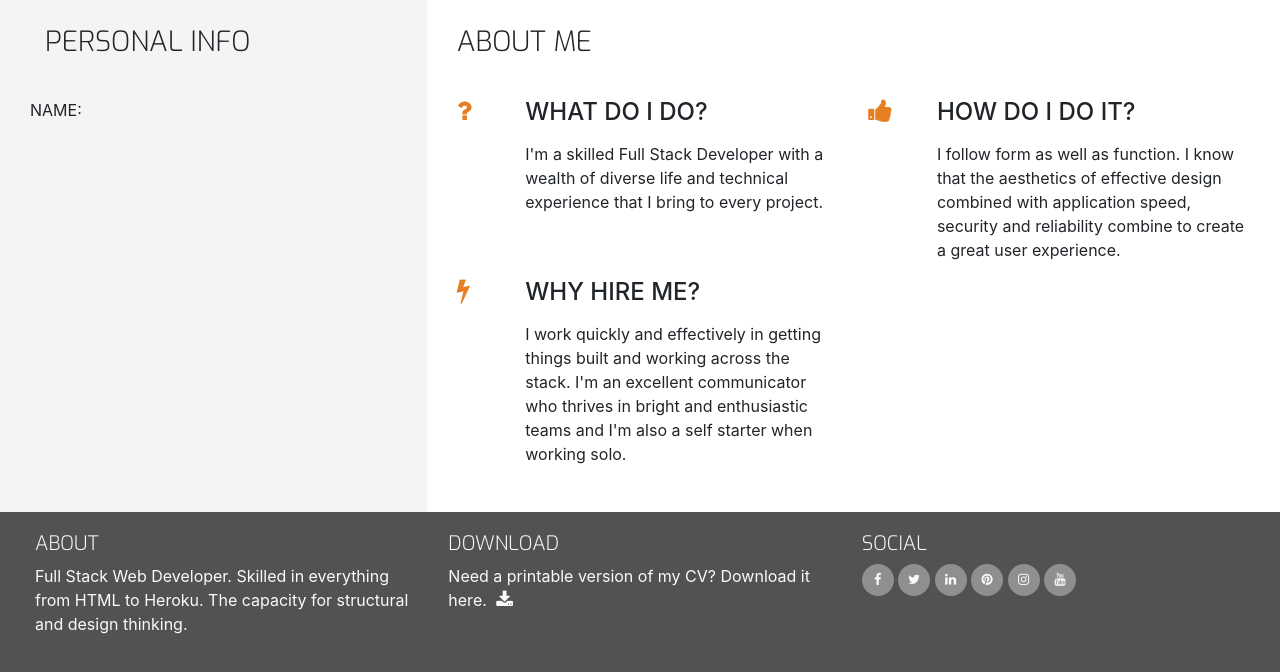
Repository: Davewalsh3/UCD-Resume
Page: index.html
The author's editor kept a record of every edit. The page is drawn from the files as they stood at one moment, then again after the next edit.
The browser window is 1280 px wide. The pictures show the part of the page from y = 369 to 1041 px (the page is 1041 px tall).
Some web libraries are served in a nearby version.

Above is the page before.

### index.html
<!DOCTYPE html>
<html lang="en">

<head>
    <meta charset="UTF-8">
    <meta name="viewport" content="width=device-width, initial-scale=1.0">
    <meta http-equiv="X-UA-Compatible" content="ie=edge">
    <link rel="stylesheet" href="https://maxcdn.bootstrapcdn.com/bootstrap/4.2.1/css/bootstrap.min.css" type="text/css" />
    <link rel="stylesheet" href="https://maxcdn.bootstrapcdn.com/font-awesome/4.7.0/css/font-awesome.min.css" type="text/css" />
    <link rel="stylesheet" href="https://cdnjs.cloudflare.com/ajax/libs/hover.css/2.1.1/css/hover-min.css" type="text/css" />
    <link rel="stylesheet" href="assets/css/style.css">
    <title>Rosie</title>
</head>

<body>
    <header>
        <div class="row no-gutters">
            <a class="col-md-4 logo" href="02-index.html"></a>
            <div class="col-md-8">
                <div class="row no-gutters bg-color-name-title">
                    <div class="col heading">
                        <h1 class="name">Rosie Odenkirk</h1>
                        <h2 class="title"> Full Stack Developer</h2>
                    </div>
                </div>
                <div class="row no-gutters">
                    <div class="col">
                        <ul id="nav" class="list-inline menucontainer">
                            <li class="col-6 col-sm-3 list-inline-item ui-menu-color-home menuitem">
                                <a href="#" class="hvr-sweep-to-bottom"><i class="fa fa-home" aria-hidden="true"></i><span>Home</span></a>
                            </li>
                            <li class="col-6 col-sm-3 list-inline-item ui-menu-color-resume menuitem">
                                <a href="#" class="hvr-sweep-to-bottom"><i class="fa fa-graduation-cap" aria-hidden="true"></i><span>Resume</span></a>
                            </li>
                            <li class="col-6 col-sm-3 list-inline-item ui-menu-color-contact menuitem">
                                <a href="#" class="hvr-sweep-to-bottom"><i class="fa fa-comment-o" aria-hidden="true"></i><span>Contact</span></a>
                            </li>
                            <li class="col-6 col-sm-3 list-inline-item ui-menu-color-download menuitem">
                                <a href="#" class="hvr-sweep-to-bottom"><i class="fa fa-download" aria-hidden="true"></i><span>Download CV</span></a>
                            </li>
                        </ul>
                    </div>
                </div>
            </div>
        </div>
    </header>

    <section class="container-fluid">
        <div class="row">
            <div class="col-md-4 bg-color-personal-info section-column">
                <div class="col-12">
                    <h3 class="section-heading uppercase">Personal Info</h3>
                </div>
                <div class="personal-info-item">
                    <div class="key">
                        <p class="uppercase">Name:      </p>

                    </div>
                    <div class="value">
                        <p>         </p>
                    </div>

                </div>
            </div>
            <div class="col-md-8 bg-color-three-reasons section-column">
                <div class="row">
                    <div class="col">
                        <h3 class="section-heading uppercase">About Me</h3>
                    </div>
                </div>
                <div class="row">
                    <div class="col-10 offset-1 offset-sm-0 col-sm-4 col-md-6">
                        <div class="row">
                            <div class="col-2">
                                <i class="three-reasons-icon fa fa-question" aria-hidden="true"></i>
                            </div>
                            <div class="col-10">
                                <h4 class="three-reasons-heading uppercase">What do I do?</h4>
                                <p>
                                    I'm a skilled Full Stack Developer with a wealth of diverse life and technical experience that I bring to every project.
                                </p>
                            </div>
                        </div>
                    </div>
                    <div class="col-10 offset-1 offset-sm-0 col-sm-4 col-md-6">
                        <div class="row">
                            <div class="col-2">
                                <i class="three-reasons-icon fa fa-thumbs-up" aria-hidden="true"></i>
                            </div>
                            <div class="col-10">
                                <h4 class="three-reasons-heading uppercase">How do I do it?</h4>
                                <p>
                                    I follow form as well as function. I know that the aesthetics of effective design combined with application speed, security and reliability combine to create a great user experience.
                                </p>
                            </div>
                        </div>
                    </div>
                    <div class="col-10 offset-1 offset-sm-0 col-sm-4 col-md-6">
                        <div class="row">
                            <div class="col-2">
                                <i class="three-reasons-icon fa fa-bolt" aria-hidden="true"></i>
                            </div>
                            <div class="col-10">
                                <h4 class="three-reasons-heading uppercase">Why hire me?</h4>
                                <p>
                                    I work quickly and effectively in getting things built and working across the stack. I'm an excellent communicator who thrives in bright and enthusiastic teams and I'm also a self starter when working solo.
                                </p>
                            </div>
                        </div>
                    </div>
                </div>
            </div>
        </div>


    </section>
    <footer class="container-fluid">
        <div id="footer-details" class="row">
            <div class="col-sm-4">
                <h5 class="uppercase general-sub">About</h5>
                <p class="inline-block">
                    Full Stack Web Developer. Skilled in everything from HTML to Heroku. The capacity for structural and design thinking.
                </p>
            </div>
            <div class="col-sm-4">
                <h5 class="uppercase general-sub">Download</h5>
                <p class="inline-block">
                    Need a printable version of my CV? Download it here.
                    <a href="#" target="_blank" class="cv-pdf">
                        <i class="fa fa-download" aria-hidden="true"></i>
                        <span class="sr-only">Download link.</span>
                    </a>
                </p>
            </div>
            <div class="col-sm-4">
                <h5 class="uppercase general-sub">Social</h5>
                <ul class="list-inline social-links">
                    <li class="list-inline-item">
                        <a target="_blank" href="#">
                            <i class="fa fa-facebook" aria-hidden="true"></i>
                            <span class="sr-only">Facebook</span>
                        </a>
                    </li>
                    <li class="list-inline-item">
                        <a target="_blank" href="#">
                            <i class="fa fa-twitter" aria-hidden="true"></i>
                            <span class="sr-only">Twitter</span>
                        </a>
                    </li>
                    <li class="list-inline-item">
                        <a target="_blank" href="#">
                            <i class="fa fa-linkedin" aria-hidden="true"></i>
                            <span class="sr-only">LinkedIn</span>
                        </a>
                    </li>
                    <li class="list-inline-item">
                        <a target="_blank" href="#">
                            <i class="fa fa-pinterest" aria-hidden="true"></i>
                            <span class="sr-only">Pinterest</span>
                        </a>
                    </li>
                    <li class="list-inline-item">
                        <a target="_blank" href="#">
                            <i class="fa fa-instagram" aria-hidden="true"></i>
                            <span class="sr-only">Instagram</span>
                        </a>
                    </li>
                    <li class="list-inline-item">
                        <a target="_blank" href="#">
                            <i class="fa fa-youtube" aria-hidden="true"></i>
                            <span class="sr-only">YouTube</span>
                        </a>
                    </li>
                </ul>
            </div>
        </div>
    </footer>
</body>

</html>

### assets/css/style.css
@import url('https://fonts.googleapis.com/css?family=Roboto:100,200,300,400,500,600,700|Exo:100,200,300,400,500,600,700');

/*--------------------------------------------Colors*/

.bg-color-name-title {
    background-color: #676767;
}

.bg-color-three-reasons {
    background-color: #fff;
}

.bg-color-personal-info {
    background-color: #f4f4f4;
}

.ui-menu-color-home {
    background-color: #e67e22;
}

.ui-menu-color-resume {
    background-color: #9b59b6;
}

.ui-menu-color-contact {
    background-color: #3498db;
}

.ui-menu-color-download {
    background-color: #525252;
}

.row-table {
    display: table;
}

.section-column {
    display: table-cell;
    padding: 0 30px 30px;
    float: none;
}

.section-heading {
    font-family: "Exo", sans-serif;
    font-weight: 300;
    margin-top: 25px;
    margin-bottom: 40px;
}

/* ----------------------------------------Special paddings/margins/text */

h1,
h2,
h3,
h4 {
    margin: 0;
}

.uppercase {
    text-transform: uppercase;
}

.general-sub {
    font-family: "Exo", sans-serif;
    font-weight: 300;
    color: #fafafa;
}

.inline-block {
    display: inline-block;
}

/*--------------------------------------------Heading*/

header {
    margin: 0;
}

.heading {
    margin-left: 50px;
}

.logo {
    background: url("../images/rosie.jpg");
    background-position: center;
    background-repeat: no-repeat;
    background-size: cover;
    min-height: 360px;
    transition: all .5s ease-in-out;
    -moz-transition: all .5s ease-in-out;
    -webkit-transition: all .5s ease-in-out;
}

.name {
    font-family: "Exo", sans-serif;
    font-weight: 100;
    font-size: 46px;
    margin-top: 50px;
    color: #fff;
}

.title {
    font-family: "Roboto", sans-serif;
    font-weight: 200;
    font-size: 28px;
    margin-top: 20px;
    margin-bottom: 90px;
    color: #fff;
}

.list-inline-item:not(:last-child) {
    margin: 0;
}

.menucontainer {
    font-size: 0;
}

#nav li {
    font-size: 14px;
    padding: 0;
}

#nav {
    margin: 0;
}

.menuitem {
    height: 120px;
    text-align: center;
    padding: 0;
}

.menuitem a {
    width: 100%;
    text-decoration: none;
    color: #fff;
    height: 120px;
}

.menuitem a i {
    padding-top: 22px;
    display: block;
    color: #fafafa;
    font-size: 26px;
}

.menuitem span {
    display: block;
    width: 100%;
    padding-top: 5px;
    text-align: center;
    text-transform: uppercase;
    font-size: 14px;
    font-weight: 300;
    letter-spacing: 2px;
}

/*--------------------------------------------Hover.css*/

.hvr-sweep-to-bottom:before {
    background: rgba(0, 0, 0, 0.2);
    height: 120px;
}

/* ----------------------------------------Footer */

footer {
    background-color: #525252;
    color: #fafafa;
    min-height: 120px;
    margin: 0;
}

.cv-pdf i {
    font-size: 18px;
    color: #fafafa;
    text-align: center;
    padding-left: 5px;
    transition: all 0.35s ease-in-out;
    -moz-transition: all 0.35s ease-in-out;
    -webkit-transition: all 0.35s ease-in-out;
    -o-transition: all 0.35s ease-in-out;
}

.cv-pdf i:hover {
    color: #e84610;
}

.social-links {
    padding-bottom: 15px;
}

.social-links li a i {
    width: 32px;
    height: 32px;
    padding: 12px 0;
    border-radius: 50%;
    font-size: 13px;
    line-height: 7px;
    text-align: center;
    color: #fafafa;
    background: #8f8f8f;
    transition: all 0.35s ease-in-out;
    -moz-transition: all 0.35s ease-in-out;
    -webkit-transition: all 0.35s ease-in-out;
    -o-transition: all 0.35s ease-in-out;
}

.social-links li a i:hover {
    background: #e84610;
}

#footer-details {
    padding: 20px;
}

/* ----------------------------------------Three Reasons */

.three-reasons-icon {
    font-size: 26px;
    color: #e67e22;
}

.three-reasons-heading {
    margin-bottom: 15px;
}

After the next edit:
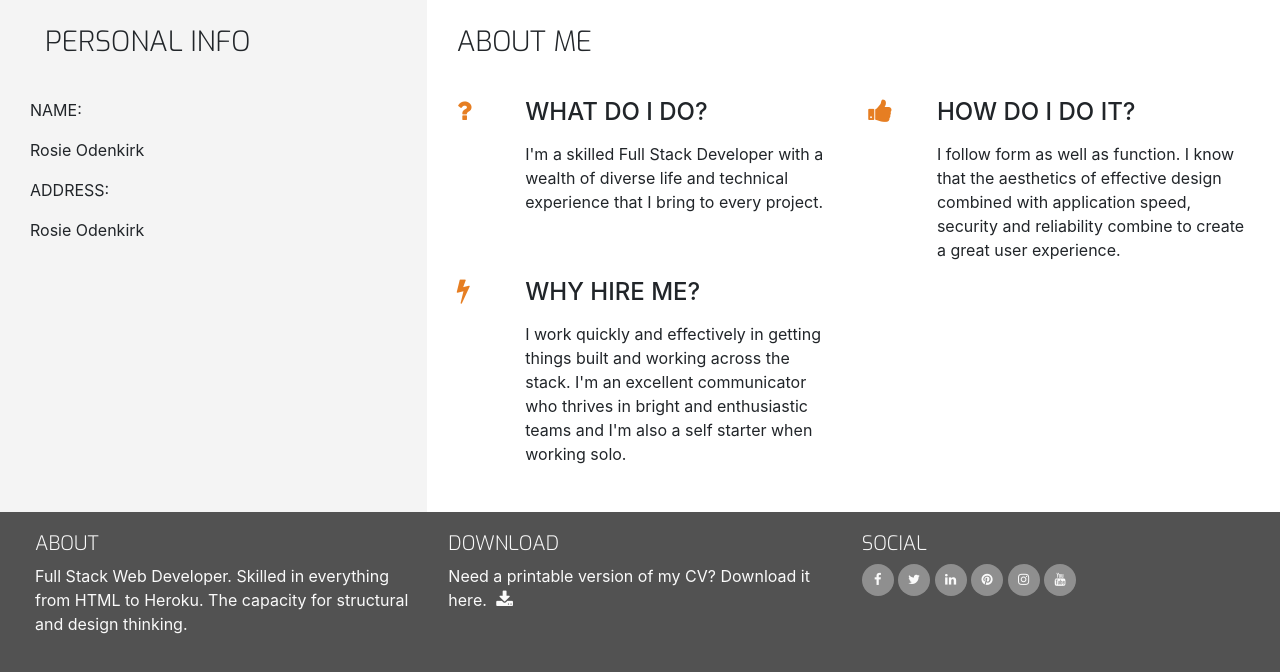
The edit:
--- a/index.html
+++ b/index.html
@@ -57,8 +57,18 @@
 
                     </div>
                     <div class="value">
-                        <p>         </p>
+                        <p> Rosie Odenkirk        </p>
                     </div>
+                    <div class="personal-info-item">
+                    <div class="key">
+                        <p class="uppercase">Address:      </p>
+
+                    </div>
+                    <div class="value">
+                        <p> Rosie Odenkirk        </p>
+                    </div>
+
+                </div>
 
                 </div>
             </div>
